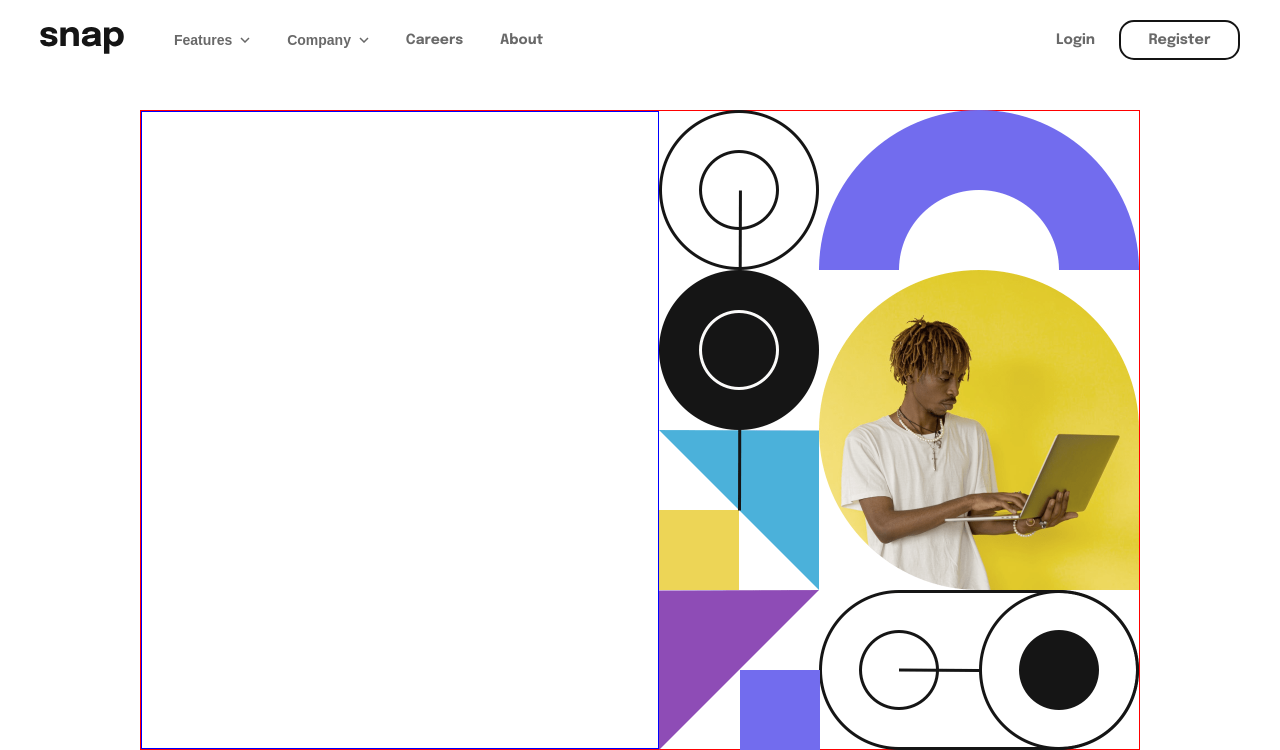
Repository: KamoliddinGIT/intro-section-with-dropdown
Page: index.html
The author's editor kept a copy of each file at every save. The page is drawn from the files as they stood at one save, then again after the next save.
The browser window is 1280 px wide. The pictures show the whole page.

Above is the page before, as saved 2023-09-24 17:44:25.

### index.html
<!DOCTYPE html>
<html lang="en">
  <head>
    <meta charset="UTF-8" />
    <meta name="viewport" content="width=device-width, initial-scale=1.0" />
    <link
      rel="icon"
      type="image/png"
      sizes="32x32"
      href="./images/favicon-32x32.png"
    />
    <link
      href="https://fonts.googleapis.com/css2?family=Epilogue:wght@500;700&display=swap"
      rel="stylesheet"
    />
    <link rel="stylesheet" href="./css/style.css" />
    <title>Intro section with dropdown navigation</title>
  </head>
  <body>
    <div class="container">
      <div class="header">
        <img src="./images/logo.svg" alt="logo" class="logo" />
        <div class="nav-items">
          <ul class="nav">
            <li>
              <button class="features">
                Features
                <img
                  src="./images/icon-arrow-down.svg"
                  alt="arrow"
                  class="arrow-1"
                />
              </button>
              <ul class="toggle__1" style="display: none">
                <li>
                  <img src="./images/icon-todo.svg" alt="icon" /> Todo List
                </li>
                <li>
                  <img src="./images/icon-calendar.svg" alt="icon" /> Calendar
                </li>
                <li>
                  <img src="./images/icon-reminders.svg" alt="icon" /> Reminders
                </li>
                <li>
                  <img src="./images/icon-planning.svg" alt="icon" /> Planning
                </li>
              </ul>
            </li>
            <li>
              <button class="company">
                Company
                <img
                  src="./images/icon-arrow-down.svg"
                  alt="arrow"
                  class="arrow-2"
                />
              </button>
              <ul class="toggle__2" style="display: none">
                <li>History</li>
                <li>Our Team</li>
                <li>Blog</li>
              </ul>
            </li>
            <li>Careers</li>
            <li>About</li>
          </ul>
          <div class="sign__options">
            <a href="#" class="login">Login</a>
            <a href="#" class="register">Register</a>
          </div>
        </div>
        <div class="hamburgers" onclick="burger()">
          <div class="burger__1" id="b1"></div>
          <div class="burger__1" id="b2"></div>
          <div class="burger__1" id="b3"></div>
        </div>
        <nav class="nav-menu">
          <ul id="nav">
            <li>
              <button class="features" id="features">
                Features
                <img
                  src="./images/icon-arrow-down.svg"
                  alt="arrow"
                  class="arrow-1"
                  id="arrow-1"
                />
              </button>
              <ul class="toggle__1" id="toggle__1" style="display: none">
                <li>
                  <img src="./images/icon-todo.svg" alt="icon" /> Todo List
                </li>
                <li>
                  <img src="./images/icon-calendar.svg" alt="icon" /> Calendar
                </li>
                <li>
                  <img src="./images/icon-reminders.svg" alt="icon" /> Reminders
                </li>
                <li>
                  <img src="./images/icon-planning.svg" alt="icon" /> Planning
                </li>
              </ul>
            </li>
            <li>
              <button class="company" id="company">
                Company
                <img
                  src="./images/icon-arrow-down.svg"
                  alt="arrow"
                  class="arrow-2"
                  id="arrow-2"
                />
              </button>
              <ul class="toggle__2" id="toggle__2" style="display: none">
                <li>History</li>
                <li>Our Team</li>
                <li>Blog</li>
              </ul>
            </li>
            <li>Careers</li>
            <li>About</li>
          </ul>
          <div id="sign__options">
            <a href="#" class="login">Login</a>
            <a href="#" class="register">Register</a>
          </div>
        </nav>
      </div>
      <section class="main">
        <div class="main-info"></div>
        <img
          src="./images/image-hero-desktop.png"
          alt="hero-desktop"
          class="main-img"
        />
      </section>
    </div>

    <script src="./js/index.js"></script>
    <script src="./js/main.js"></script>
  </body>
</html>

### css/style.css
* {
  margin: 0;
  padding: 0;
  box-sizing: border-box;
}

body {
  width: 100%;
  height: 100vh;
  display: flex;
  justify-content: center;
  align-items: center;
  padding: 0 20px;
  font-family: "Epilogue", sans-serif;
}

.container {
  display: flex;
  flex-direction: column;
  align-items: center;
  width: 100%;
  height: 100%;
  gap: 30px;
}

/* .login {
  width: 96px;
  height: 30px;
} */

.header {
  position: relative;
  width: 100%;
  padding: 20px;
  display: flex;
  align-items: center;
  gap: 50px;
  font-size: 1.6rem;
  color: #696969;
}

.nav {
  display: flex;
  width: 377px;
  height: 21px;
  align-items: center;
  gap: 2.3rem;
  list-style-type: none;
}

#nav {
  display: flex;
  align-items: start;
  flex-direction: column;
  margin-top: 48px;
  width: 100%;
  height: 132px;
  gap: 1rem;
  list-style-type: none;
}

.features,
.company {
  display: flex;
  flex-direction: row;
  gap: 0.5rem;
  font-weight: 700;
  color: hsl(0, 0%, 41%);
  text-decoration: none;
  align-items: center;
  font-size: 14px;
  transition: all ease-in-out 0.3s;
  cursor: pointer;
  background-color: transparent;
  border: none;
}

.toggle__1 {
  position: absolute;
  top: 4rem;
  width: 133px;
  height: 148px;
  display: flex;
  flex-direction: column;
  align-items: start;
  gap: 1rem;
  border-radius: 10px;
  background-color: #fff;
  padding: 1rem;
  box-shadow: -2px 10px 24px -11px rgba(0, 0, 0, 0.62);
  -webkit-box-shadow: -2px 10px 24px -11px rgba(0, 0, 0, 0.62);
  -moz-box-shadow: -2px 10px 24px -11px rgba(0, 0, 0, 0.62);
  z-index: 1;
}

.toggle__1 li {
  display: flex;
  gap: 1rem;
  align-items: center;
}

#features,
#company {
  display: flex;
  flex-direction: row;
  gap: 0.5rem;
  font-weight: 700;
  color: hsl(0, 0%, 41%);
  text-decoration: none;
  align-items: center;
  font-size: 14px;
  transition: all ease-in-out 0.3s;
  cursor: pointer;
  background-color: transparent;
  border: none;
}

#toggle__1 {
  position: absolute;
  top: 5.5rem;
  width: 133px;
  height: 148px;
  display: flex;
  flex-direction: column;
  align-items: start;
  gap: 1rem;
  border-radius: 10px;
  background-color: #fff;
  padding: 1rem;
  box-shadow: -2px 10px 24px -11px rgba(0, 0, 0, 0.62);
  -webkit-box-shadow: -2px 10px 24px -11px rgba(0, 0, 0, 0.62);
  -moz-box-shadow: -2px 10px 24px -11px rgba(0, 0, 0, 0.62);
  z-index: 1;
}

#toggle__1 li {
  display: flex;
  gap: 1rem;
  align-items: center;
}

li {
  display: flex;
  flex-direction: row;
  gap: 0.5rem;
  font-weight: 700;
  color: hsl(0, 0%, 41%);
  text-decoration: none;
  align-items: center;
  font-size: 14px;
  transition: all ease-in-out 0.3s;
  cursor: pointer;
  background-color: transparent;
  border: none;
}

.nav-items {
  width: 1210px;
  height: 40px;
  display: flex;
  align-items: center;
  justify-content: space-between;
}

.sign__options {
  width: 184px;
  height: 40px;
  display: flex;
  justify-content: space-between;
  align-items: center;
}

.login {
  background-color: transparent;
  border: none;
  color: hsl(0, 0%, 41%);
  font-size: 0.9rem;
  font-weight: 700;
  cursor: pointer;
  transition: all ease-in-out 0.3s;
  text-decoration: none;
}

.login:hover {
  color: black;
}

.register {
  display: flex;
  justify-content: center;
  align-items: center;
  width: 121px;
  height: 40px;
  border: 2px solid hsl(0, 0%, 8%);
  transition: all ease-in-out 0.3s;
  background-color: transparent;
  color: hsl(0, 0%, 41%);
  text-decoration: none;
  padding: 0.5rem 1.35rem;
  border-radius: 15px;
  font-size: 0.9rem;
  font-weight: 700;
  cursor: pointer;
}

.register:hover {
  border-color: hsl(0, 0%, 41%);
  color: hsl(0, 0%, 41%);
}

.features:hover {
  color: black;
}

.company:hover {
  color: black;
}

.toggle__1 li:hover {
  cursor: pointer;
  color: black;
}

.toggle__2 li:hover {
  cursor: pointer;
  color: black;
}

ul li:hover {
  color: black;
}

.toggle__2 {
  width: 100px;
  height: 121px;
  display: flex;
  flex-direction: column;
  justify-content: center;
  align-items: start;
  gap: 1rem;
  border-radius: 10px;
  position: absolute;
  background-color: white;
  padding: 1rem;
  top: 4rem;
  box-shadow: -2px 10px 24px -11px rgba(0, 0, 0, 0.62);
  -webkit-box-shadow: -2px 10px 24px -11px rgba(0, 0, 0, 0.62);
  -moz-box-shadow: -2px 10px 24px -11px rgba(0, 0, 0, 0.62);
  z-index: 1;
}

#toggle__2 {
  width: 100px;
  height: 121px;
  display: flex;
  flex-direction: column;
  justify-content: center;
  align-items: start;
  gap: 1rem;
  border-radius: 10px;
  position: absolute;
  background-color: white;
  padding: 1rem;
  top: 7rem;
  box-shadow: -2px 10px 24px -11px rgba(0, 0, 0, 0.62);
  -webkit-box-shadow: -2px 10px 24px -11px rgba(0, 0, 0, 0.62);
  -moz-box-shadow: -2px 10px 24px -11px rgba(0, 0, 0, 0.62);
  z-index: 1;
}

.hamburgers {
  position: absolute;
  top: -25px;
  right: -5px;
  display: none;
  flex-direction: column;
  justify-content: center;
  align-items: center;
  width: 50px;
  height: 50px;
  margin-right: 50px;
  margin-top: 29px;
  z-index: 9999;
}
.hamburgers:hover {
  cursor: pointer;
}
.burger__1:nth-child(1) {
  width: 40px;
  height: 4px;
  border: 1px solid #000;
  border-radius: 20px;
  margin-top: 5px;
  background-color: #000;
}
.burger__1:nth-child(3) {
  width: 40px;
  height: 4px;
  border: 1px solid #000;
  border-radius: 20px;
  margin-top: 5px;
  background-color: #000;
}

#b2 {
  width: 40px;
  height: 4px;
  border: 1px solid #000;
  border-radius: 20px;
  margin-top: 5px;
  background-color: #000;
}

.nav-menu {
  display: none;
  flex-direction: column;
  align-items: start;
  justify-content: start;
  max-width: 633px;
  width: 100%;
  height: 598px;
  position: fixed;
  padding: 1rem;
  background-color: white;
  height: 100%;
  right: 0;
  top: 0;
  gap: 2rem;
}

.sign__options {
  width: 184px;
  height: 78px;
  display: flex;
  justify-content: space-between;
  text-align: center;
  align-items: center;
}

#sign__options {
  width: 161px;
  height: 78px;
  margin: 0 auto;
  display: flex;
  flex-direction: column;
  justify-content: space-around;
  text-align: center;
  align-items: center;
}

/* -------------------main-starts----------------- */

.main {
  width: 1000px;
  height: 640px;
  border: 1px solid red;
  display: flex;
  align-items: center;
  justify-content: space-between;
}

.main-info {
  width: 532px;
  height: 100%;
  border: 1px solid blue;
}

.main-img {
  width: 480px;
  height: 640px;
}

/* -------------------main-ends------------------- */

/* ------------media-starts-------------- */

@media only screen and (max-width: 1100px) {
  .nav-items {
    display: none;
  }
  .hamburgers {
    display: flex;
  }
}

@media only screen and (min-width: 1100px) {
  .nav-menu {
    display: none;
  }
}

/* --------------media-ends------------ */

### js/index.js
"use strict";

let features = document.querySelector(".features"),
  arrow1 = document.querySelector(".arrow-1"),
  toggle1 = document.querySelector(".toggle__1");

let onOff = false;

features.addEventListener("click", () => {
  if (onOff === false) {
    arrow1.src = "../images/icon-arrow-up.svg";
    toggle1.style.cssText = "display: flex";
    toggle2.style.cssText = "display: none";
    onOff = true;
  } else {
    arrow1.src = "../images/icon-arrow-down.svg";
    toggle1.style.cssText = "display: none";
    onOff = false;
  }
});

let company = document.querySelector(".company"),
  arrow2 = document.querySelector(".arrow-2"),
  toggle2 = document.querySelector(".toggle__2");

let onOff2 = false;

company.addEventListener("click", () => {
  if (onOff2 === false) {
    arrow2.src = "../images/icon-arrow-up.svg";
    toggle2.style.cssText = "display: flex";
    toggle1.style.cssText = "display: none";

    onOff2 = true;
  } else {
    arrow2.src = "../images/icon-arrow-down.svg";
    toggle2.style.cssText = "display: none";
    onOff2 = false;
  }
});

// hamburger //
let nav_menu = document.querySelector(".nav-menu");
let over1 = document.querySelector("#over1");
let over2 = document.querySelector("#over2");
let over3 = document.querySelector("#over3");
let over4 = document.querySelector("#over4");

let a1 = document.querySelector(".a1");
let a2 = document.querySelector(".a2");
let a3 = document.querySelector(".a3");
let a4 = document.querySelector(".a4");
let b1 = document.querySelector("#b1");
let b2 = document.querySelector("#b2");
let b3 = document.querySelector("#b3");
let body = document.body;

let Click = true;
function burger() {
  if (Click) {
    nav_menu.style.cssText = "display: flex;";
    body.style.cssText =
      "background-color: rgba(6, 6, 6, 0.15);  backdrop-filter: blur(3px);";
    b1.style.cssText =
      " transform: rotate(45deg); width: 40px;  position: absolute;";
    b3.style.cssText =
      " transform: rotate(-45deg); width: 40px;  position: absolute;";
    b2.style.cssText =
      "margin-right: border-color: white; background-color: white; border: none;";
    Click = false;
  } else {
    nav_menu.style.cssText = "display: none;";
    body.style.cssText = "background-color: white;  backdrop-filter: blur(0);";
    b1.style.cssText = " transform: rotate(0deg); width: 40px;";
    b3.style.cssText = " transform: rotate(0deg); width: 40px;";
    b2.style.cssText = "background-color: black";
    Click = true;
  }
}

### js/main.js
"use strict";

let features1 = document.querySelector("#features"),
  arrow_1 = document.querySelector("#arrow-1"),
  toggle_1 = document.querySelector("#toggle__1");

let onOff1 = false;

features1.addEventListener("click", () => {
  if (onOff1 === false) {
    arrow_1.src = "../images/icon-arrow-up.svg";
    toggle_1.style.cssText = "display: flex";
    toggle_2.style.cssText = "display: none";
    onOff1 = true;
  } else {
    arrow_1.src = "../images/icon-arrow-down.svg";
    toggle_1.style.cssText = "display: none";
    onOff1 = false;
  }
});

let company_1 = document.querySelector("#company"),
  arrow_2 = document.querySelector("#arrow-2"),
  toggle_2 = document.querySelector("#toggle__2");

let onOff_2 = false;

company_1.addEventListener("click", () => {
  if (onOff_2 === false) {
    arrow_2.src = "../images/icon-arrow-up.svg";
    toggle_2.style.cssText = "display: flex";
    toggle_1.style.cssText = "display: none";

    onOff_2 = true;
  } else {
    arrow_2.src = "../images/icon-arrow-down.svg";
    toggle_2.style.cssText = "display: none";
    onOff_2 = false;
  }
});

After the next save:
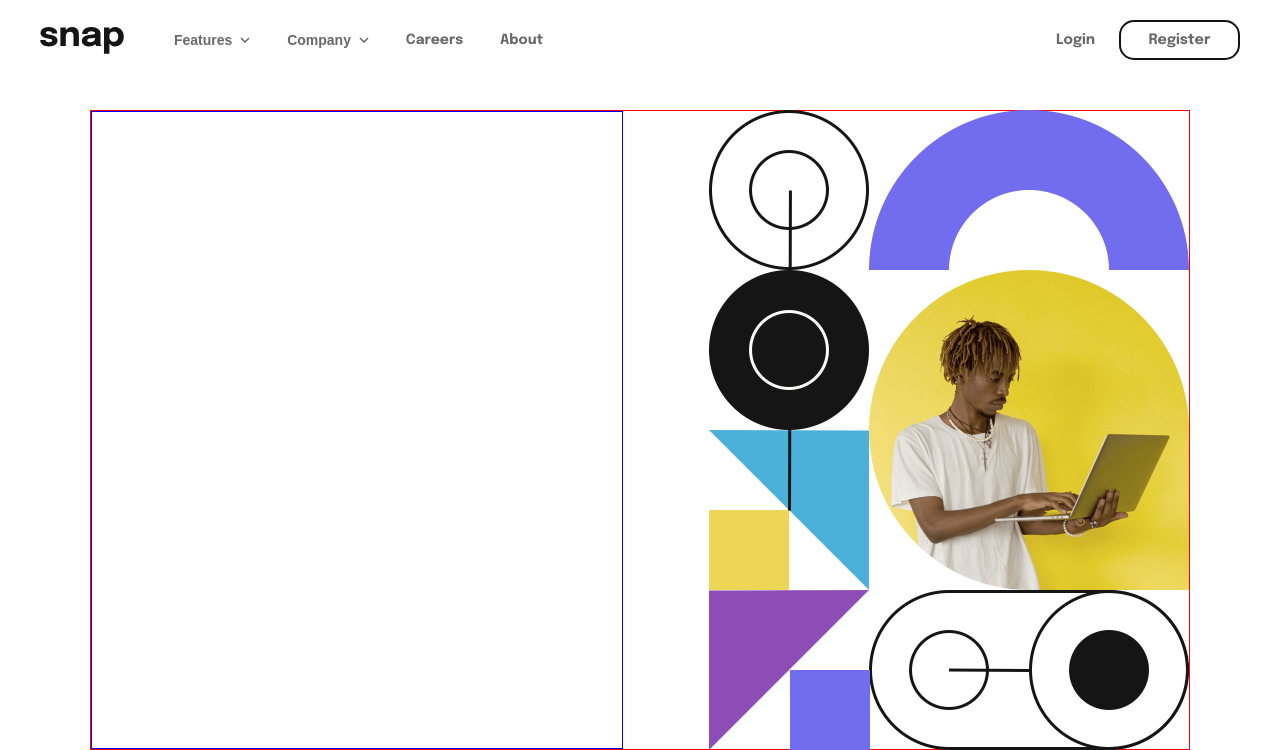
Saved 7 s later.
--- a/css/style.css
+++ b/css/style.css
@@ -351,7 +351,7 @@
 /* -------------------main-starts----------------- */
 
 .main {
-  width: 1000px;
+  width: 1100px;
   height: 640px;
   border: 1px solid red;
   display: flex;
